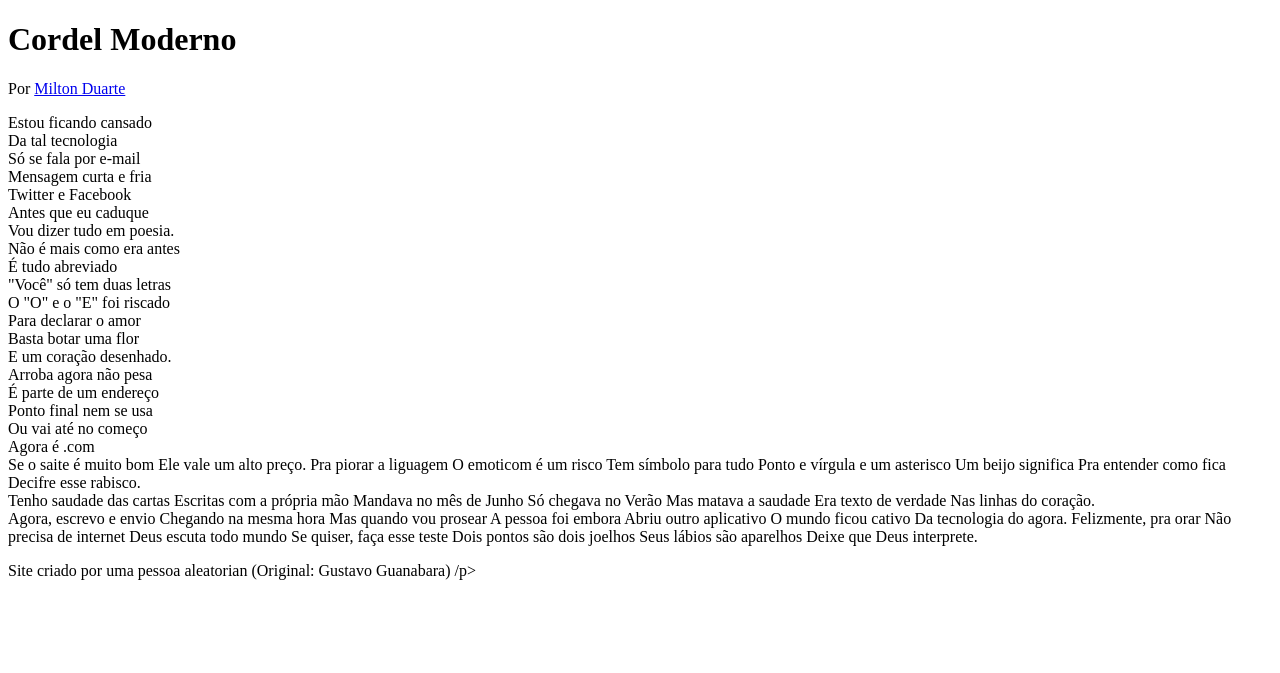
Repository: Codigo404q/html-css
Page: AHAHAHAHAHAHAHHHHHHHHHAHAHAHAHAHAHHAHAH/d012/index.html
These files come from the project's save history. The page is drawn as it stood at one moment and after a run of saves; the edit follows.
The browser window is 1280 px wide. The pictures show the whole page.

Above is the page before, as saved 2024-01-07 22:41:57.

### AHAHAHAHAHAHAHHHHHHHHHAHAHAHAHAHAHHAHAH/d012/index.html
<!DOCTYPE html>
<html lang="pt-br">
<head>
    <meta charset="UTF-8">
    <meta name="viewport" content="width=device-width, initial-scale=1.0">
    <title>Codel moderno</title>
</head>
<body>
        <header>
            <h1>Cordel Moderno</h1>
            <p>Por <a href="https://www.recantodasletras.com.br/poesias/3186743" target="_blank">Milton Duarte</a></p>

        </header>

    <section>
        Estou ficando cansado <br>
        Da tal tecnologia <br>
        Só se fala por e-mail <br>
        Mensagem curta e fria <br>
        Twitter e Facebook <br>
        Antes que eu caduque <br>
        Vou dizer tudo em poesia.
    </section>



    <section>
        Não é mais como era antes <br>
        É tudo abreviado <br>
        "Você" só tem duas letras <br>
        O "O" e o "E" foi riscado <br>
        Para declarar o amor <br>
        Basta botar uma flor <br>
        E um coração desenhado.
    </section>


    <section>
        Arroba agora não pesa <br>
        É parte de um endereço <br>
        Ponto final nem se usa <br>
        Ou vai até no começo <br>
        Agora é .com <br>
        Se o saite é muito bom
        Ele vale um alto preço.

        Pra piorar a liguagem
        O emoticom é um risco
        Tem símbolo para tudo
        Ponto e vírgula e um asterisco
        Um beijo significa
        Pra entender como fica
        Decifre esse rabisco.
    </section>



    <section>
        Tenho saudade das cartas
        Escritas com a própria mão
        Mandava no mês de Junho
        Só chegava no Verão
        Mas matava a saudade
        Era texto de verdade
        Nas linhas do coração.
    </section>



    <section>
        Agora, escrevo e envio
        Chegando na mesma hora
        Mas quando vou prosear
        A pessoa foi embora
        Abriu outro aplicativo
        O mundo ficou cativo
        Da tecnologia do agora.

        Felizmente, pra orar
        Não precisa de internet
        Deus escuta todo mundo
        Se quiser, faça esse teste
        Dois pontos são dois joelhos
        Seus lábios são aparelhos
        Deixe que Deus interprete.
    </section>

    <footer>
        <p>Site criado por uma pessoa aleatorian (Original: Gustavo Guanabara) /p>
    </footer>
</body>
</html>

After the next 5 saves:
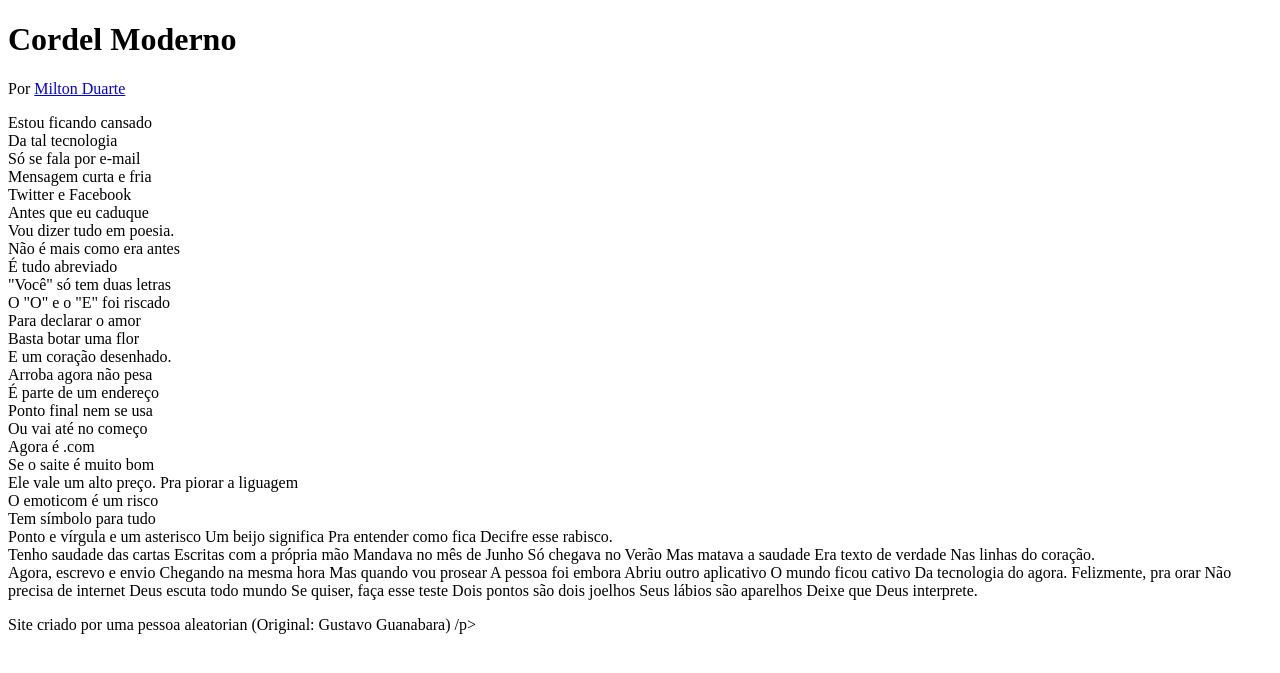
The 5 saves are shown as one change because they came seconds apart.
The last was saved 13 s later.
--- a/AHAHAHAHAHAHAHHHHHHHHHAHAHAHAHAHAHHAHAH/d012/index.html
+++ b/AHAHAHAHAHAHAHHHHHHHHHAHAHAHAHAHAHHAHAH/d012/index.html
@@ -41,12 +41,12 @@
         Ponto final nem se usa <br>
         Ou vai até no começo <br>
         Agora é .com <br>
-        Se o saite é muito bom
+        Se o saite é muito bom <br>
         Ele vale um alto preço.
 
-        Pra piorar a liguagem
-        O emoticom é um risco
-        Tem símbolo para tudo
+        Pra piorar a liguagem <br>
+        O emoticom é um risco <br>
+        Tem símbolo para tudo <br>
         Ponto e vírgula e um asterisco
         Um beijo significa
         Pra entender como fica
